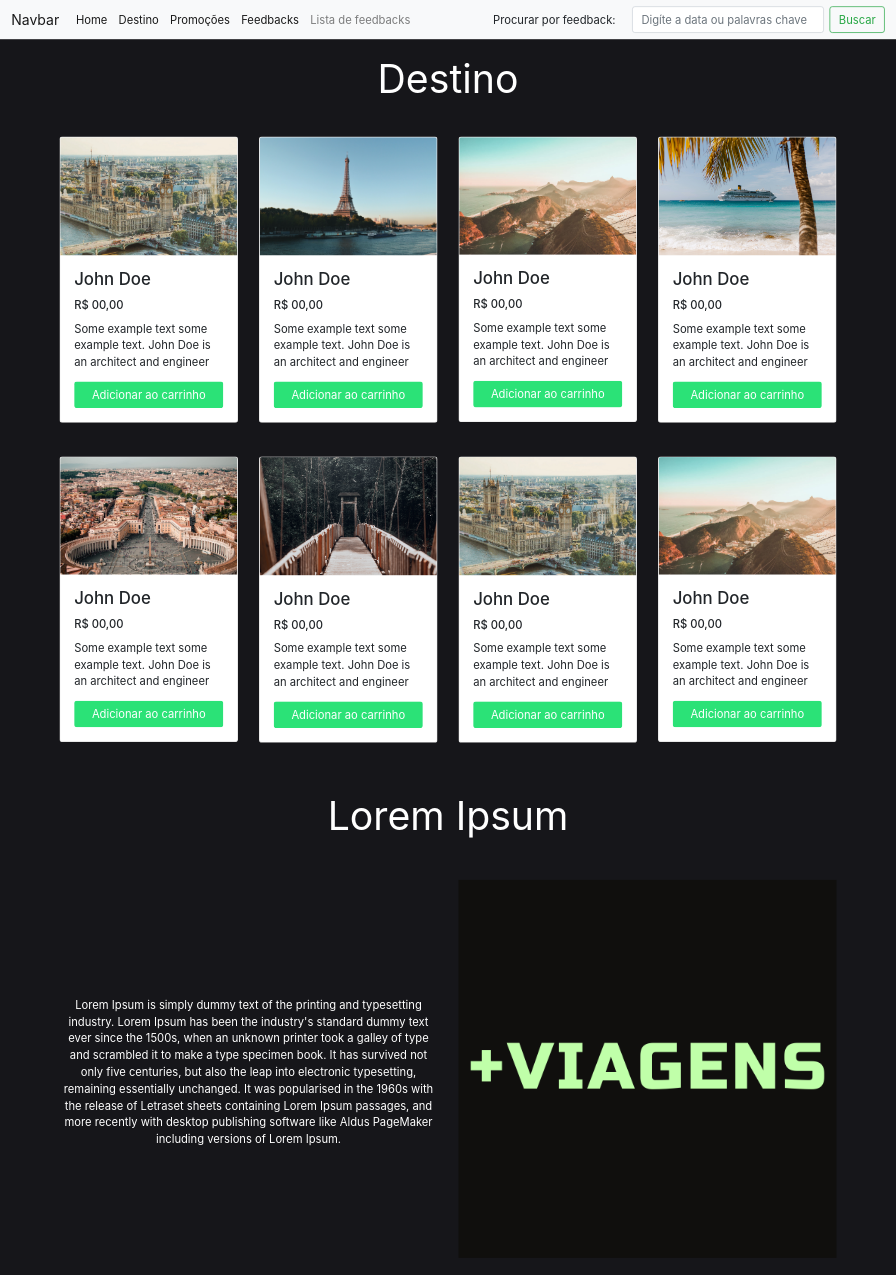
Repository: JulioSantooz/maisViagensSegundaVersao
Page: java-web(eclipse)/java-crud-mais-viagens/src/main/webapp/destino.html
These files come from the project's save history. The page is drawn as it stood at one moment and after the next save; the edit follows.
The browser window is 1280 px wide. The pictures show the whole page, at 70% of full size.
Some web libraries are served in a nearby version.

Above is the page before, as saved 2022-02-07 17:50:06.

### java-web(eclipse)/java-crud-mais-viagens/src/main/webapp/destino.html
<!DOCTYPE html>
<html>
<head>
<meta charset="ISO-8859-1">
<link rel="stylesheet" href="https://maxcdn.bootstrapcdn.com/bootstrap/4.0.0/css/bootstrap.css">
<title>Insert title here</title>
</head>
<body style="background-color: #16161a;">

<nav class="navbar navbar-expand-lg navbar-light bg-light">
  <a class="navbar-brand" href="#">Navbar</a>
  <button class="navbar-toggler" type="button" data-toggle="collapse" data-target="#navbarSupportedContent" aria-controls="navbarSupportedContent" aria-expanded="false" aria-label="Toggle navigation">
    <span class="navbar-toggler-icon"></span>
  </button>

  <div class="collapse navbar-collapse" id="navbarSupportedContent">
    <ul class="navbar-nav mr-auto">
      <li class="nav-item active">
        <a class="nav-link" href="index.html">Home <span class="sr-only">(current)</span></a>
      </li>
      <li class="nav-item active">
        <a class="nav-link" href="destino.html">Destino <span class="sr-only">(current)</span></a>
      </li>
      <li class="nav-item active">
        <a class="nav-link" href="promocao.html">Promoções <span class="sr-only">(current)</span></a>
      </li>
      <li class="nav-item active">
        <a class="nav-link" href="destino.html">Feedbacks <span class="sr-only">(current)</span></a>
      </li>
      <li class="nav-item">
        <a class="nav-link" href="CreateAndFind">Lista de feedbacks</a>
      </li>
    </ul>
    <form action="CreateAndFind" method="GET" class="form-inline my-2 my-lg-0">
      <span class="mr-4">Procurar por feedback:</span>
      <input name="pesquisa" class="form-control mr-sm-2" type="search" placeholder="Digíte a data ou palavras chave" aria-label="Search">
      <button class="btn btn-outline-success my-2 my-sm-0" type="submit">Buscar</button>
    </form>
  </div>
</nav>

    <div class="container">

        <article>
            <div class="col-12 text-center my-4">
                <h1 class="display-4 text-white"><strong>Destino</strong></h1>
            </div>
            <div class="row g-3">
                <div class="col-sm-6 col-md-4 col-lg-3 my-4">
                    <div class="card">
                        <img class="card-img-top" src="./img/londres.jpg" alt="Card image" style="width:100%">
                        <div class="card-body">
                          <h4 class="card-title">John Doe</h4>
                          <h6 class="card-title">R$ 00,00</h6>
                          <p class="card-text">Some example text some example text. John Doe is an architect and engineer</p>
                          <a href="#" class="btn btn-block text-white" style="background-color: rgb(43, 226, 119);">Adicionar ao carrinho</a>
                        </div>
                    </div>
                </div>
                <div class="col-sm-6 col-md-4 col-lg-3 my-4">
                    <div class="card">
                        <img class="card-img-top" src="./img/paris.jpg" alt="Card image" style="width:100%">
                        <div class="card-body">
                          <h4 class="card-title">John Doe</h4>
                          <h6 class="card-title">R$ 00,00</h6>
                          <p class="card-text">Some example text some example text. John Doe is an architect and engineer</p>
                          <a href="#" class="btn btn-block text-white" style="background-color: rgb(43, 226, 119);">Adicionar ao carrinho</a>
                        </div>
                    </div>
                </div>
                <div class="col-sm-6 col-md-4 col-lg-3 my-4">
                    <div class="card">
                        <img class="card-img-top" src="./img/rio.jpg" alt="Card image" style="width:100%">
                        <div class="card-body">
                          <h4 class="card-title">John Doe</h4>
                          <h6 class="card-title">R$ 00,00</h6>
                          <p class="card-text">Some example text some example text. John Doe is an architect and engineer</p>
                          <a href="#" class="btn btn-block text-white" style="background-color: rgb(43, 226, 119);">Adicionar ao carrinho</a>
                        </div>
                    </div>
                </div>
                <div class="col-sm-6 col-md-4 col-lg-3 my-4">
                    <div class="card">
                        <img class="card-img-top" src="./img/foto-1.jpg" alt="Card image" style="width:100%">
                        <div class="card-body">
                          <h4 class="card-title">John Doe</h4>
                          <h6 class="card-title">R$ 00,00</h6>
                          <p class="card-text">Some example text some example text. John Doe is an architect and engineer</p>
                          <a href="#" class="btn btn-block text-white" style="background-color: rgb(43, 226, 119);">Adicionar ao carrinho</a>
                        </div>
                    </div>
                </div>
            </div>
            <div class="row g-3 bg">
                <div class="col-sm-6 col-md-4 col-lg-3 my-4">
                    <div class="card">
                        <img class="card-img-top" src="./img/roma.jpg" alt="Card image" style="width:100%">
                        <div class="card-body">
                          <h4 class="card-title">John Doe</h4>
                          <h6 class="card-title">R$ 00,00</h6>
                          <p class="card-text">Some example text some example text. John Doe is an architect and engineer</p>
                          <a href="#" class="btn btn-block text-white" style="background-color: rgb(43, 226, 119);">Adicionar ao carrinho</a>
                        </div>
                    </div>
                </div>
                <div class="col-sm-6 col-md-4 col-lg-3 my-4">
                    <div class="card">
                        <img class="card-img-top" src="./img/foto-3.jpg" alt="Card image" style="width:100%">
                        <div class="card-body">
                          <h4 class="card-title">John Doe</h4>
                          <h6 class="card-title">R$ 00,00</h6>
                          <p class="card-text">Some example text some example text. John Doe is an architect and engineer</p>
                          <a href="#" class="btn btn-block text-white" style="background-color: rgb(43, 226, 119);">Adicionar ao carrinho</a>
                        </div>
                    </div>
                </div>
                <div class="col-sm-6 col-md-4 col-lg-3 my-4">
                    <div class="card">
                        <img class="card-img-top" src="./img/londres.jpg" alt="Card image" style="width:100%">
                        <div class="card-body">
                          <h4 class="card-title">John Doe</h4>
                          <h6 class="card-title">R$ 00,00</h6>
                          <p class="card-text">Some example text some example text. John Doe is an architect and engineer</p>
                          <a href="#" class="btn btn-block text-white" style="background-color: rgb(43, 226, 119);">Adicionar ao carrinho</a>
                        </div>
                    </div>
                </div>
                <div class="col-sm-6 col-md-4 col-lg-3 my-4">
                    <div class="card">
                        <img class="card-img-top" src="./img/rio.jpg" alt="Card image" style="width:100%">
                        <div class="card-body">
                          <h4 class="card-title">John Doe</h4>
                          <h6 class="card-title">R$ 00,00</h6>
                          <p class="card-text">Some example text some example text. John Doe is an architect and engineer</p>
                          <a href="#" class="btn btn-block text-white" style="background-color: rgb(43, 226, 119);">Adicionar ao carrinho</a>
                        </div>
                    </div>
                </div>
            </div>
        </article>

        <section>
            <div>
                <div class="row ">
                    <div class="col-12 text-center my-5">
                        <h1 class="display-4 text-white"><strong>Lorem Ipsum</strong></h1>
                    </div>
                </div>
                <div class="row">
                    <div class="col-sm-12 col-md-8 col-lg-6 text-center d-flex align-items-center">
                        <p class="text-white">Lorem Ipsum is simply dummy text of the printing and typesetting industry.
                           Lorem Ipsum has been the industry's standard dummy text ever since the 1500s,
                           when an unknown printer took a galley of type and scrambled it to make a type
                           specimen book. It has survived not only five centuries, but also the leap into
                           electronic typesetting, remaining essentially unchanged. It was popularised in
                           the 1960s with the release of Letraset sheets containing Lorem Ipsum passages,
                           and more recently with desktop publishing software like Aldus PageMaker including
                           versions of Lorem Ipsum.</p>
                    </div>
                    <div class="col-sm-12 col-md-4 col-lg-6 mb-4">
                        <img style="width: 100%;" src="./img/logo-agencia-de-viagens.png" alt="">
                    </div>
                </div>
            </div>
        </section>

    </div>




    <script src="https://code.jquery.com/jquery-3.2.1.slim.min.js"></script>
    <script src="https://cdnjs.cloudflare.com/ajax/libs/popper.js/1.12.9/umd/popper.min.js"></script>
    <script src="https://maxcdn.bootstrapcdn.com/bootstrap/4.0.0/js/bootstrap.js"></script>


</body>
</html>

After the next save:
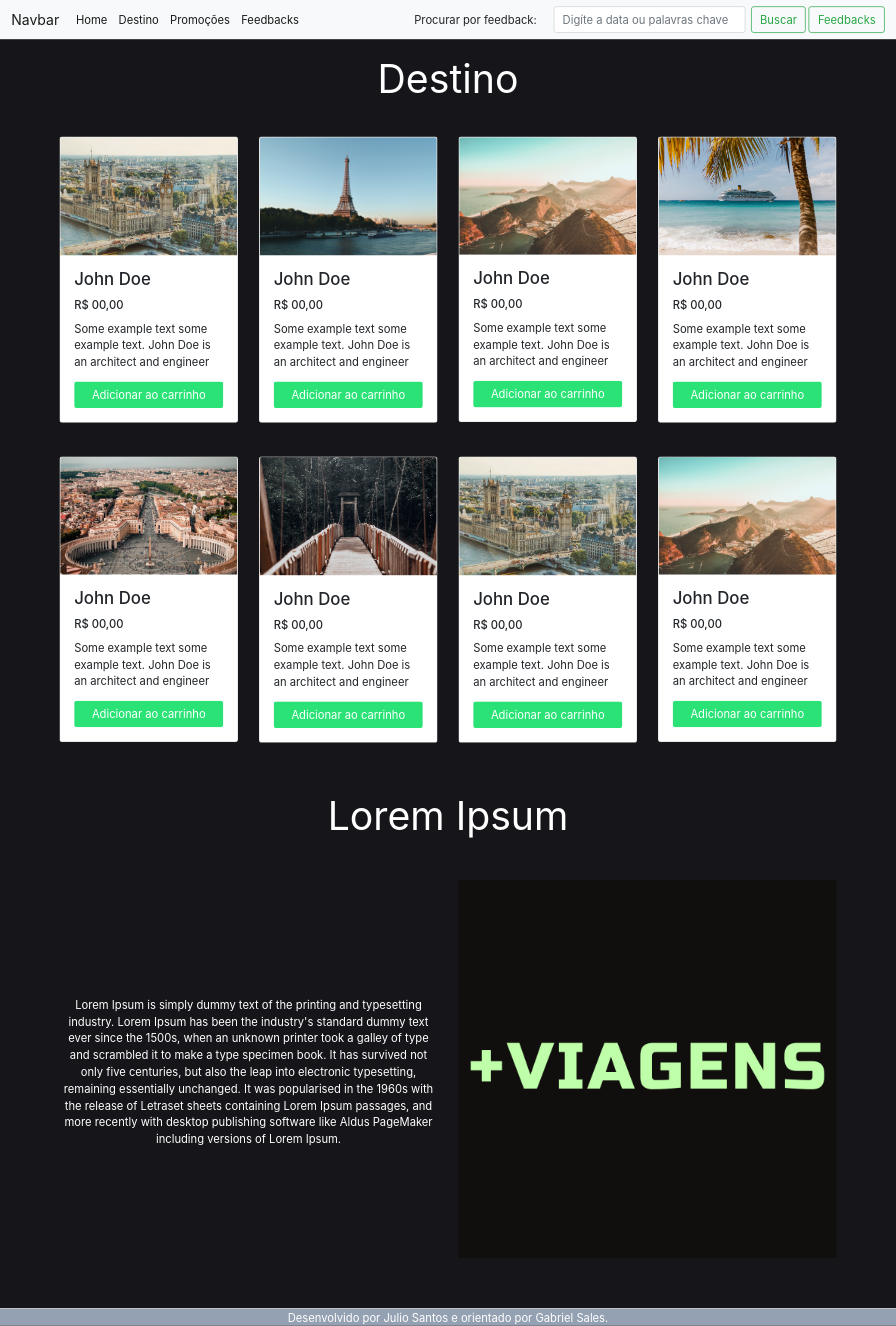
Saved 51 s later.
--- a/java-web(eclipse)/java-crud-mais-viagens/src/main/webapp/destino.html
+++ b/java-web(eclipse)/java-crud-mais-viagens/src/main/webapp/destino.html
@@ -3,7 +3,7 @@
 <head>
 <meta charset="ISO-8859-1">
 <link rel="stylesheet" href="https://maxcdn.bootstrapcdn.com/bootstrap/4.0.0/css/bootstrap.css">
-<title>Insert title here</title>
+<title>+Viagens - Destino</title>
 </head>
 <body style="background-color: #16161a;">
 
@@ -25,16 +25,14 @@
         <a class="nav-link" href="promocao.html">Promoções <span class="sr-only">(current)</span></a>
       </li>
       <li class="nav-item active">
-        <a class="nav-link" href="destino.html">Feedbacks <span class="sr-only">(current)</span></a>
-      </li>
-      <li class="nav-item">
-        <a class="nav-link" href="CreateAndFind">Lista de feedbacks</a>
+        <a class="nav-link" href="feedback.html">Feedbacks <span class="sr-only">(current)</span></a>
       </li>
     </ul>
     <form action="CreateAndFind" method="GET" class="form-inline my-2 my-lg-0">
       <span class="mr-4">Procurar por feedback:</span>
       <input name="pesquisa" class="form-control mr-sm-2" type="search" placeholder="Digíte a data ou palavras chave" aria-label="Search">
       <button class="btn btn-outline-success my-2 my-sm-0" type="submit">Buscar</button>
+      <button class="btn btn-outline-success my-2 my-sm-0 ml-1" type="submit">Feedbacks</button>
     </form>
   </div>
 </nav>
@@ -53,7 +51,7 @@
                           <h4 class="card-title">John Doe</h4>
                           <h6 class="card-title">R$ 00,00</h6>
                           <p class="card-text">Some example text some example text. John Doe is an architect and engineer</p>
-                          <a href="#" class="btn btn-block text-white" style="background-color: rgb(43, 226, 119);">Adicionar ao carrinho</a>
+                          <a href="cadastro.html" class="btn btn-block text-white" style="background-color: rgb(43, 226, 119);">Adicionar ao carrinho</a>
                         </div>
                     </div>
                 </div>
@@ -64,7 +62,7 @@
                           <h4 class="card-title">John Doe</h4>
                           <h6 class="card-title">R$ 00,00</h6>
                           <p class="card-text">Some example text some example text. John Doe is an architect and engineer</p>
-                          <a href="#" class="btn btn-block text-white" style="background-color: rgb(43, 226, 119);">Adicionar ao carrinho</a>
+                          <a href="cadastro.html" class="btn btn-block text-white" style="background-color: rgb(43, 226, 119);">Adicionar ao carrinho</a>
                         </div>
                     </div>
                 </div>
@@ -75,7 +73,7 @@
                           <h4 class="card-title">John Doe</h4>
                           <h6 class="card-title">R$ 00,00</h6>
                           <p class="card-text">Some example text some example text. John Doe is an architect and engineer</p>
-                          <a href="#" class="btn btn-block text-white" style="background-color: rgb(43, 226, 119);">Adicionar ao carrinho</a>
+                          <a href="cadastro.html" class="btn btn-block text-white" style="background-color: rgb(43, 226, 119);">Adicionar ao carrinho</a>
                         </div>
                     </div>
                 </div>
@@ -86,7 +84,7 @@
                           <h4 class="card-title">John Doe</h4>
                           <h6 class="card-title">R$ 00,00</h6>
                           <p class="card-text">Some example text some example text. John Doe is an architect and engineer</p>
-                          <a href="#" class="btn btn-block text-white" style="background-color: rgb(43, 226, 119);">Adicionar ao carrinho</a>
+                          <a href="cadastro.html" class="btn btn-block text-white" style="background-color: rgb(43, 226, 119);">Adicionar ao carrinho</a>
                         </div>
                     </div>
                 </div>
@@ -99,7 +97,7 @@
                           <h4 class="card-title">John Doe</h4>
                           <h6 class="card-title">R$ 00,00</h6>
                           <p class="card-text">Some example text some example text. John Doe is an architect and engineer</p>
-                          <a href="#" class="btn btn-block text-white" style="background-color: rgb(43, 226, 119);">Adicionar ao carrinho</a>
+                          <a href="cadastro.html" class="btn btn-block text-white" style="background-color: rgb(43, 226, 119);">Adicionar ao carrinho</a>
                         </div>
                     </div>
                 </div>
@@ -110,7 +108,7 @@
                           <h4 class="card-title">John Doe</h4>
                           <h6 class="card-title">R$ 00,00</h6>
                           <p class="card-text">Some example text some example text. John Doe is an architect and engineer</p>
-                          <a href="#" class="btn btn-block text-white" style="background-color: rgb(43, 226, 119);">Adicionar ao carrinho</a>
+                          <a href="cadastro.html" class="btn btn-block text-white" style="background-color: rgb(43, 226, 119);">Adicionar ao carrinho</a>
                         </div>
                     </div>
                 </div>
@@ -121,7 +119,7 @@
                           <h4 class="card-title">John Doe</h4>
                           <h6 class="card-title">R$ 00,00</h6>
                           <p class="card-text">Some example text some example text. John Doe is an architect and engineer</p>
-                          <a href="#" class="btn btn-block text-white" style="background-color: rgb(43, 226, 119);">Adicionar ao carrinho</a>
+                          <a href="cadastro.html" class="btn btn-block text-white" style="background-color: rgb(43, 226, 119);">Adicionar ao carrinho</a>
                         </div>
                     </div>
                 </div>
@@ -132,7 +130,7 @@
                           <h4 class="card-title">John Doe</h4>
                           <h6 class="card-title">R$ 00,00</h6>
                           <p class="card-text">Some example text some example text. John Doe is an architect and engineer</p>
-                          <a href="#" class="btn btn-block text-white" style="background-color: rgb(43, 226, 119);">Adicionar ao carrinho</a>
+                          <a href="cadastro.html" class="btn btn-block text-white" style="background-color: rgb(43, 226, 119);">Adicionar ao carrinho</a>
                         </div>
                     </div>
                 </div>
@@ -166,7 +164,11 @@
 
     </div>
 
-
+	<footer class="border-top footer text-muted mt-5" style = "background-color: #94a1b2; margin-bottom:-30px;">
+	    <div class="container text-white text-center">
+	        <p>Desenvolvido por <a class="text-white" href="https://www.linkedin.com/in/julio-henrique-diaz-viana-dos-santos-209009201/">Julio Santos</a> e orientado por <a class="text-white" href="https://www.linkedin.com/in/gabriel-sales-3093b0168/">Gabriel Sales</a>.</p>
+	    </div>
+	</footer>
 
 
     <script src="https://code.jquery.com/jquery-3.2.1.slim.min.js"></script>
